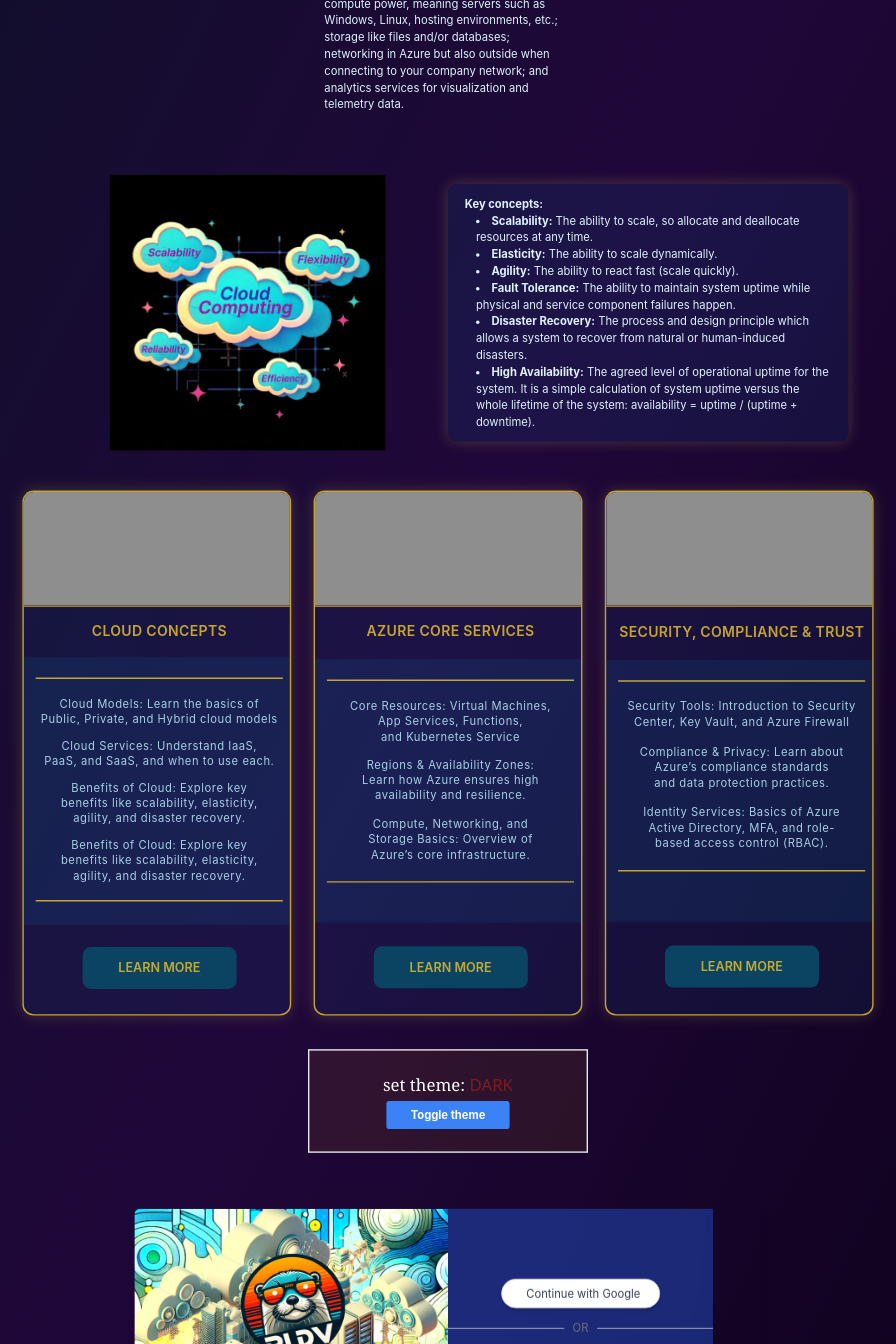
Repository: Freezler/az-900_svelte5
Page: /
These files come from the project's save history. The page is drawn as it stood at one moment and after the next save; the edit follows.
The browser window is 1280 px wide. The pictures show the part of the page from y = 467 to 2387 px (the page is 2646 px tall before and 2742 px after), at 70% of full size.
Pictures or frames that could not be fetched are drawn as grey boxes. The project was rebuilt for these pictures with package versions that can differ from the ones it lists, and the page was loaded fresh each time. The framework's server and built-in components were replaced by stand-ins that run in the browser. Also part of the build but not shown: vite.config.ts.

Above is the page before, as saved 2024-11-10 10:53:28.

After the next save:
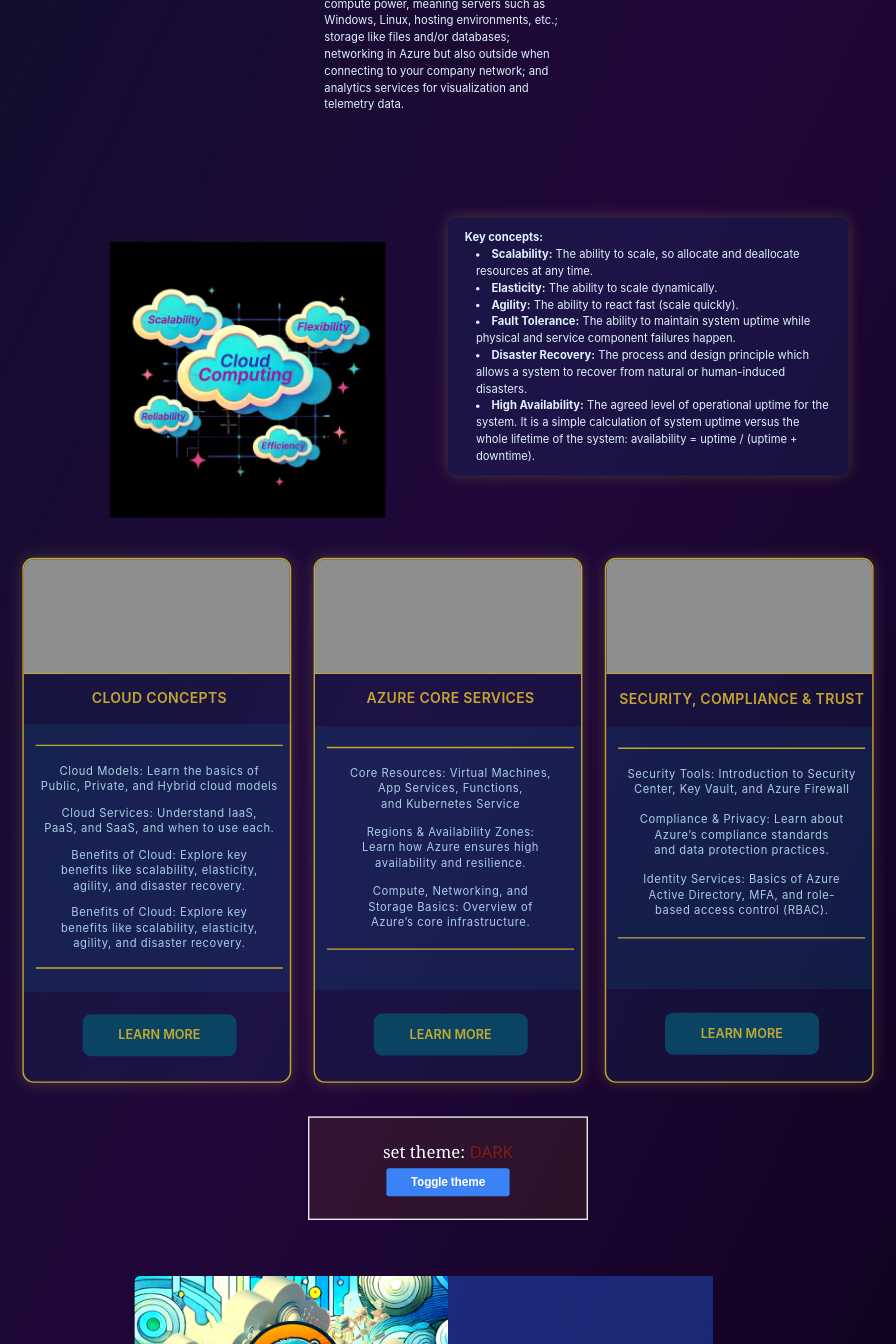
Saved 8 s later.
--- a/src/components/ComputingArticle.svelte
+++ b/src/components/ComputingArticle.svelte
@@ -14,7 +14,7 @@
 		alt="cloudSolutions"
 		loading="lazy"
 
-		class=" w-full md:w-[572px]  mx-auto rounded-2xl overflow-hidden  pr-16"
+		class=" w-full md:w-[572px]  mx-auto rounded-2xl overflow-hidden  pr-16 mt-24"
 	/>
 	<article
 		class=" bg-sky-600/10  text-sky-100 px-6 py-4 w-[572px] mt-16 rounded-xl shadow-[0_0px_22px_rgba(255,255,99,0.2)]"
